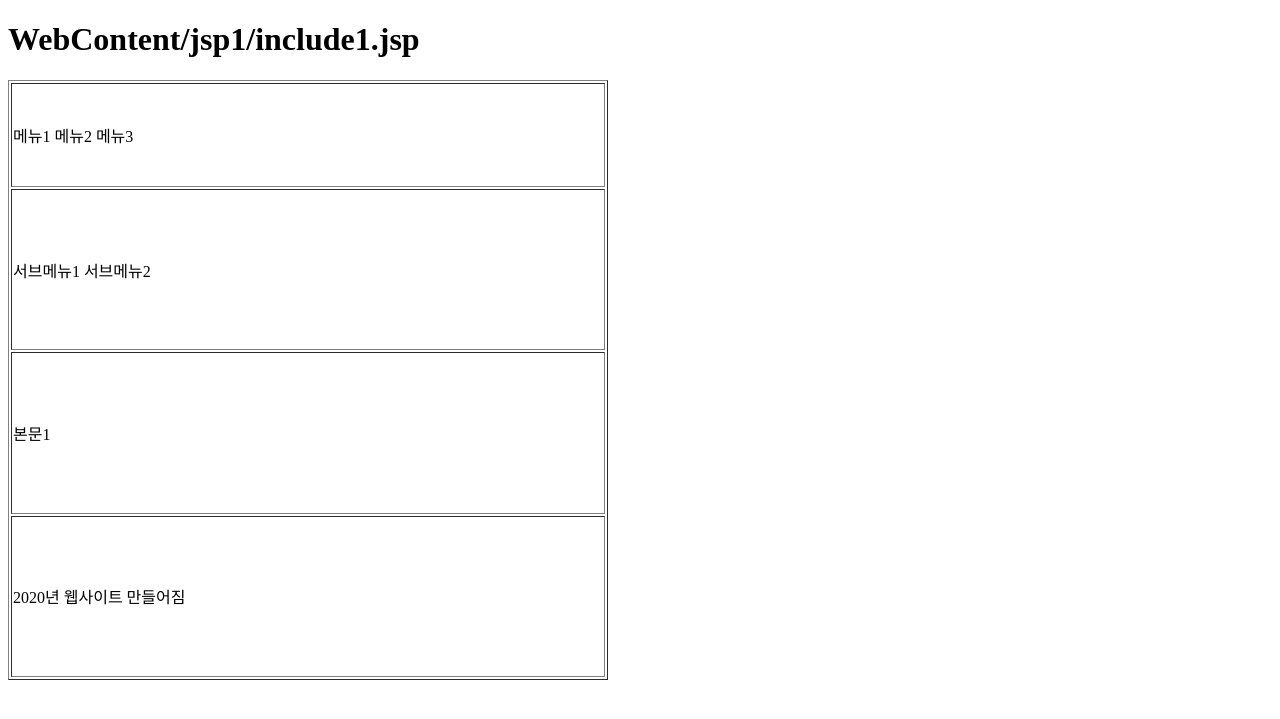
Repository: ReadStar/workspace_jsp
Page: http://localhost/StudyJSP/jsp1/include1.jsp
The author's editor kept a copy of each file at every save. The page is drawn from the files as they stood at one save, then again after the next save.
The browser window is 1280 px wide. The pictures show the whole page.
The page is served by Tomcat 9.

Above is the page before, as saved 2020-08-13 02:36:56.

After the next save:
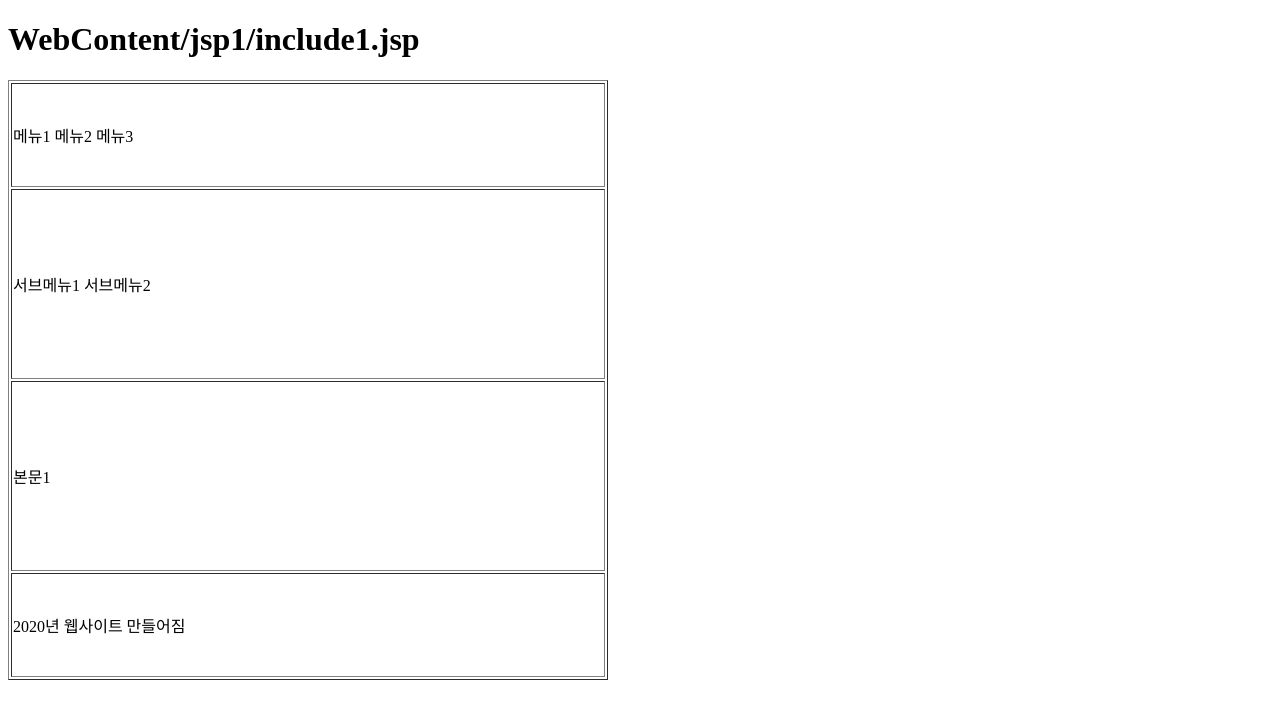
Saved 18 s later.
--- a/StudyJSP/WebContent/jsp1/include1.jsp
+++ b/StudyJSP/WebContent/jsp1/include1.jsp
@@ -11,7 +11,7 @@
 <table border="1" width="600" height="600">
 <tr><td colspan="2" width="600" height="100"> 메뉴1 메뉴2 메뉴3</td></tr>
 <tr><td>서브메뉴1 서브메뉴2</td></tr><td>본문1</td>
-<tr><td colspan="2">2020년 웹사이트 만들어짐</td></tr>
+<tr><td colspan="2" width="600" height="100">2020년 웹사이트 만들어짐</td></tr>
 </table>
 </body>
 </html>
